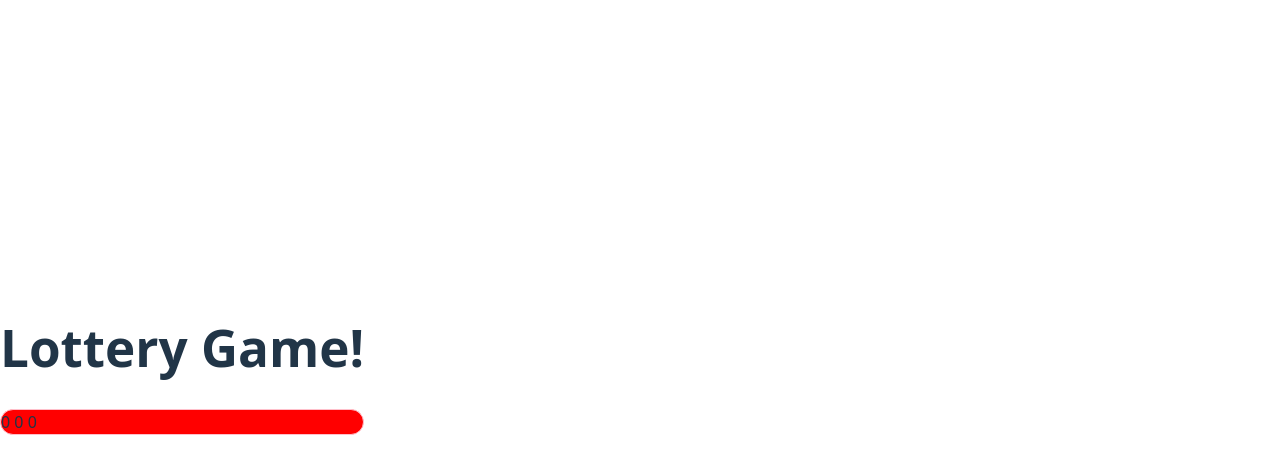
Repository: Ravikumar7210/Web_workspace
Page: / (app in React_Projects/Lottery/)
An editor plug-in stored every save of this project. The page is shown before and after the next save, followed by the edit.
The browser window is 1280 px wide. The pictures show the whole page.
The project was rebuilt for these pictures with package versions that can differ from the ones it lists, and the page was loaded fresh each time. Also part of the build but not shown: React_Projects/Lottery/vite.config.js.

Above is the page before, as saved 2025-04-07 14:48:23.

### React_Projects/Lottery/src/App.jsx

import Lottery from './Lottery'

function App() {

  return(

    <>
    <Lottery/>
    </>

  )



}

export default App

### React_Projects/Lottery/src/Lottery.jsx
import {useState} from 'react';
import "./Lottery.css"
export default  function Lottery() {

let [ticket, setTicket] = useState([0,0,0]);

return (
<div>
    <h1>Lottery Game!</h1>
 <div className="ticket">
    <span>{ticket[0]} </span>
    <span>{ticket[1]} </span>
    <span>{ticket[2]} </span>

 </div>
</div>

);

}

### React_Projects/Lottery/src/Lottery.css
.ticket {
    border : 1px solid #ffc0cb;
    border-radius : 14px;
    background-color: red;
}

Loaded but not shown: React_Projects/Lottery/index.html (common file); React_Projects/Lottery/src/main.jsx (common file); React_Projects/Lottery/src/index.css (common file)

After the next save:
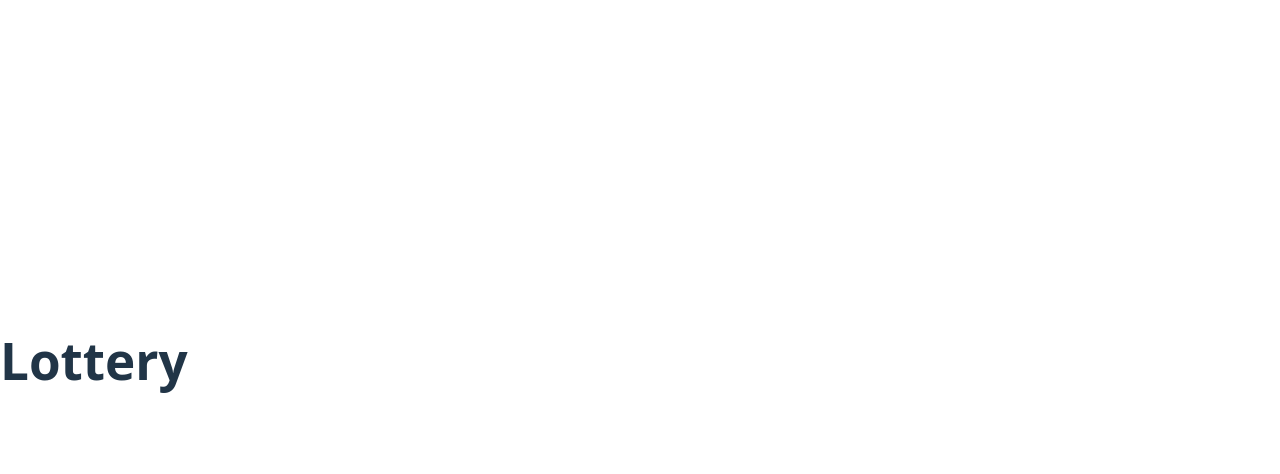
Saved 52 s later.
--- a/React_Projects/Lottery/src/Lottery.jsx
+++ b/React_Projects/Lottery/src/Lottery.jsx
@@ -6,15 +6,8 @@ let [ticket, setTicket] = useState([0,0,0]);
 
 return (
 <div>
-    <h1>Lottery Game!</h1>
- <div className="ticket">
-    <span>{ticket[0]} </span>
-    <span>{ticket[1]} </span>
-    <span>{ticket[2]} </span>
-
- </div>
+<h1>Lottery </h1>
 </div>
-
 );
 
 }
